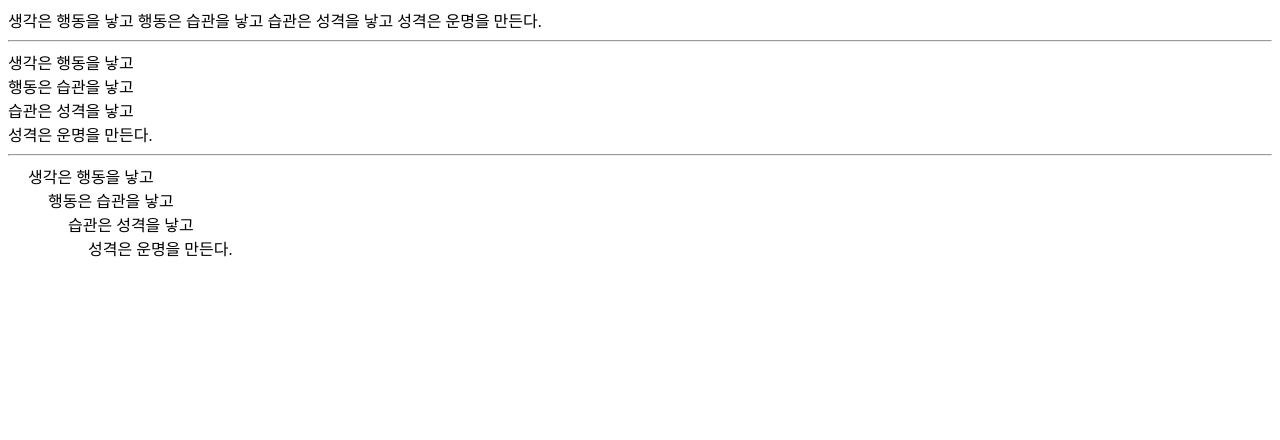
Repository: AkaKSR/Java_Convergence_New
Page: HTML0826/WebContent/Ex02.html
These files come from the project's save history. The page is drawn as it stood at one moment and after the next save; the edit follows.
The browser window is 1280 px wide. The pictures show the whole page.

Above is the page before, as saved 2019-08-26 06:32:48.

### HTML0826/WebContent/Ex02.html
<!DOCTYPE html>
<html>
<head>
<meta charset="UTF-8">
<title>태그 연습</title>
</head>
<body>
	생각은 행동을 낳고
		   행동은 습관을 낳고
				  습관은 성격을 낳고
						 성격은 운명을 만든다.
<hr />
	생각은 행동을 낳고<br />
		   행동은 습관을 낳고<br />
				  습관은 성격을 낳고<br />
						 성격은 운명을 만든다.
<hr />
&nbsp;&nbsp;&nbsp;&nbsp;
	생각은 행동을 낳고<br />
&nbsp;&nbsp;&nbsp;&nbsp;
&nbsp;&nbsp;&nbsp;&nbsp;
		   행동은 습관을 낳고<br />
&nbsp;&nbsp;&nbsp;&nbsp;
&nbsp;&nbsp;&nbsp;&nbsp;
&nbsp;&nbsp;&nbsp;&nbsp;
				  습관은 성격을 낳고<br />
&nbsp;&nbsp;&nbsp;&nbsp;
&nbsp;&nbsp;&nbsp;&nbsp;
&nbsp;&nbsp;&nbsp;&nbsp;
&nbsp;&nbsp;&nbsp;&nbsp;
						 성격은 운명을 만든다.

</body>
</html>

After the next save:
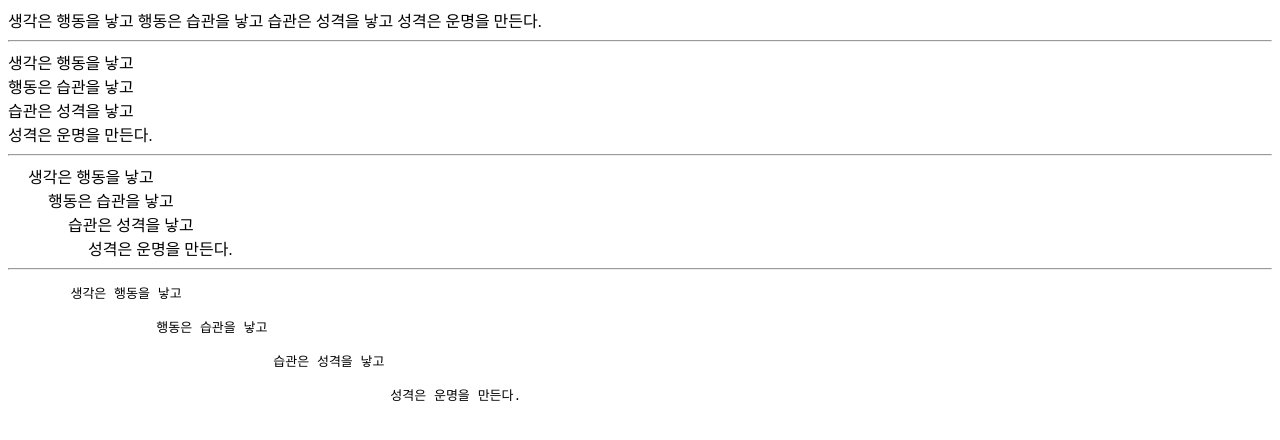
Saved 69 s later.
--- a/HTML0826/WebContent/Ex02.html
+++ b/HTML0826/WebContent/Ex02.html
@@ -30,5 +30,12 @@
 &nbsp;&nbsp;&nbsp;&nbsp;
 						 성격은 운명을 만든다.
 
+<hr />
+<pre>
+	생각은 행동을 낳고<br />
+		   행동은 습관을 낳고<br />
+				  습관은 성격을 낳고<br />
+						 성격은 운명을 만든다.
+						 </pre>
 </body>
 </html>
